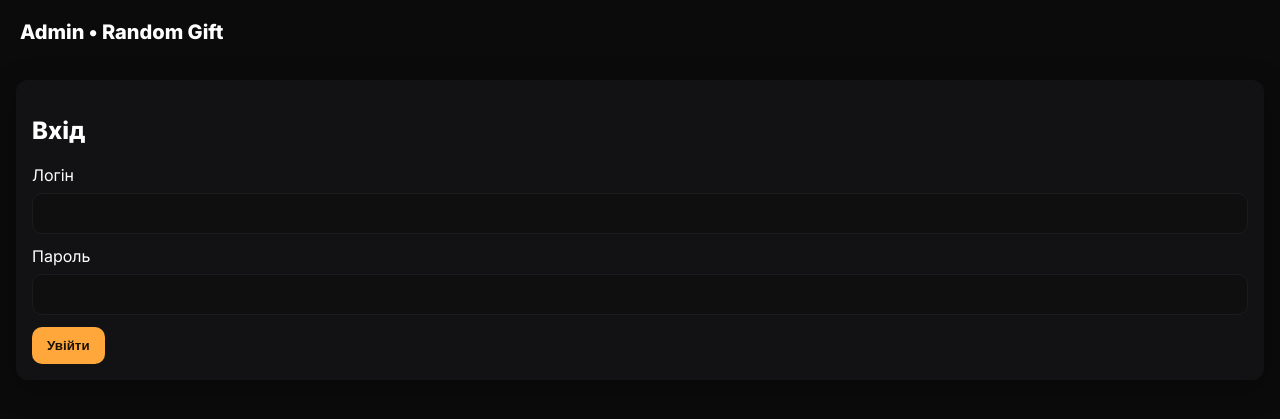
Repository: torunok/random-gift-roman
Page: docs/admin.html
An editor plug-in stored every save of this project. The page is shown before and after the next save, followed by the edit.
The browser window is 1280 px wide. The pictures show the whole page.

Above is the page before, as saved 2025-11-10 18:48:03.

### docs/admin.html
<!DOCTYPE html>
<html lang="uk">
  <head>
    <meta charset="utf-8" />
    <meta name="viewport" content="width=device-width, initial-scale=1" />
    <title>Admin • Random Gift</title>
    <link rel="preconnect" href="https://fonts.googleapis.com" />
    <link rel="preconnect" href="https://fonts.gstatic.com" crossorigin />
    <link href="https://fonts.googleapis.com/css2?family=Inter:wght@400;600;800&display=swap" rel="stylesheet" />
    <link rel="stylesheet" href="./styles.css" />
  </head>
  <body>
    <div class="admin">
      <header class="header header--admin">
        <h1>Admin • Random Gift</h1>
      </header>

      <main class="admin-main">
        <!-- Вхід -->
        <section id="loginView" class="card">
          <h2>Вхід</h2>
          <label class="field">
            <span>Логін</span>
            <input id="admUser" type="text" />
          </label>
          <label class="field">
            <span>Пароль</span>
            <input id="admPass" type="password" />
          </label>
          <div class="actions">
            <button id="btnLogin" class="btn btn-primary">Увійти</button>
          </div>
          <div id="loginMsg" class="msg"></div>
        </section>

        <!-- Панель адміністратора -->
        <section id="adminView" class="hidden">
          <div class="admin-tabs">
            <button data-tab="gifts" class="tab active">Подарунки</button>
            <button data-tab="participants" class="tab">Учасники</button>
          </div>

          <!-- Вкладка подарунків -->
          <div id="tab-gifts" class="tabpane active">
            <div class="card">
              <h2>Список подарунків</h2>
              <div class="actions">
                <button id="btnReloadGifts" class="btn btn-ghost">Оновити</button>
                <button id="btnNewGift" class="btn btn-primary">Додати</button>
              </div>
              <div class="table-wrap">
                <table class="table" id="giftsTable">
                  <thead>
                    <tr>
                      <th>ID</th>
                      <th>Назва</th>
                      <th>Активний</th>
                      <th>Дії</th>
                    </tr>
                  </thead>
                  <tbody></tbody>
                </table>
              </div>
            </div>

            <div class="card" id="giftFormWrap" style="display: none"></div>
          </div>

          <!-- Вкладка учасників -->
          <div id="tab-participants" class="tabpane">
            <div class="card">
              <h2>Учасники</h2>
              <div class="actions">
                <button id="btnReloadParticipants" class="btn btn-ghost">Оновити</button>
              </div>
              <div class="table-wrap">
                <table class="table" id="participantsTable">
                  <thead>
                    <tr>
                      <th>ID</th>
                      <th>Ім’я</th>
                      <th>Email</th>
                      <th>Дата</th>
                    </tr>
                  </thead>
                  <tbody></tbody>
                </table>
              </div>
            </div>
          </div>
        </section>
      </main>
    </div>

    <script src="./admin.js"></script>
  </body>
</html>

### docs/styles.css
:root {
    --bg: #0B0B0C;
    --fg: #FFFFFF;
    --muted: #A1A1AA;
    --accent: #FF9F2E;
    --accent-2: #6C9CFF;
    --panel: #121214;
    --border: #1E1E22;
    --panel-2: #0F0F10;

    --radius: 14px;
    --radius-sm: 10px;

    --eio: cubic-bezier(.2, .8, .2, 1);
    /* швидкий старт, сповільнення в кінці */
}

* {
    box-sizing: border-box;
}

html,
body {
    margin: 0;
    padding: 0;
    background: var(--bg);
    color: var(--fg);
    font-family: Inter, system-ui, -apple-system, Segoe UI, Roboto, Ubuntu, "Helvetica Neue", Arial, sans-serif;
    -webkit-font-smoothing: antialiased;
    -moz-osx-font-smoothing: grayscale;
}

a {
    color: var(--accent-2);
    text-decoration: none;
}

a:hover {
    text-decoration: underline;
}

/* ====== Layout ====== */
.header {
    padding: 20px;
    display: flex;
    justify-content: center;
}

.header h1 {
    font-size: 20px;
    font-weight: 800;
    margin: 0;
}

.header--admin {
    justify-content: flex-start;
}

.main {
    display: flex;
    justify-content: center;
    align-items: center;
    min-height: 60vh;
    padding: 20px;
}

.stage {
    width: min(980px, 94vw);
    min-height: 420px;
    border-radius: var(--radius);
    background: var(--panel);
    padding: 24px;
    position: relative;
    overflow: hidden;
    box-shadow: 0 10px 40px rgba(0, 0, 0, .35);
}

/* ====== Footer ====== */
.footer {
    padding: 20px;
    text-align: center;
    color: var(--muted);
}

/* ====== Modal ====== */
.modal {
    position: fixed;
    inset: 0;
    background: rgba(0, 0, 0, .65);
    display: flex;
    align-items: center;
    justify-content: center;
    z-index: 50;
}

.modal[aria-hidden="true"] {
    display: none;
}

.modal-content {
    background: var(--panel);
    width: min(640px, 94vw);
    padding: 24px;
    border-radius: var(--radius);
    box-shadow: 0 18px 60px rgba(0, 0, 0, .55);
    animation: scale-in .45s var(--eio) forwards;
}

/* ====== Form fields ====== */
.field {
    display: flex;
    flex-direction: column;
    gap: 8px;
    margin: 12px 0;
}

.field input,
.field textarea {
    background: var(--panel-2);
    border: 1px solid var(--border);
    color: var(--fg);
    border-radius: var(--radius-sm);
    padding: 12px;
    outline: none;
    transition: border-color .2s var(--eio), box-shadow .2s var(--eio);
}

.field input:focus,
.field textarea:focus {
    border-color: #2E2E33;
    box-shadow: 0 0 0 4px rgba(108, 156, 255, .12);
}

.check {
    display: flex;
    align-items: center;
    gap: 8px;
    margin: 12px 0;
    color: var(--muted);
}

.actions {
    display: flex;
    gap: 12px;
    margin-top: 12px;
    flex-wrap: wrap;
}

/* ====== Buttons ====== */
.btn {
    appearance: none;
    border: 1px solid transparent;
    padding: 10px 14px;
    border-radius: var(--radius-sm);
    font-weight: 700;
    cursor: pointer;
    transition: transform .12s var(--eio), box-shadow .2s var(--eio), background .2s var(--eio), border-color .2s var(--eio);
}

.btn:hover {
    transform: translateY(-1px);
}

.btn:active {
    transform: translateY(0);
}

.btn:disabled {
    opacity: .5;
    cursor: not-allowed;
}

.btn-primary {
    background: var(--accent);
    color: #1b1205;
}

.btn-primary:hover {
    box-shadow: 0 6px 18px rgba(255, 159, 46, .35);
}

.btn-ghost {
    background: transparent;
    border-color: #2a2a2d;
    color: var(--fg);
}

.btn-ghost:hover {
    border-color: #3A3A3F;
    box-shadow: 0 4px 16px rgba(0, 0, 0, .2);
}

.btn-danger {
    background: #FF5A5A;
    color: #1b0e0e;
}

.btn-danger:hover {
    box-shadow: 0 6px 18px rgba(255, 90, 90, .35);
}

/* ====== Cards & Tables ====== */
.card {
    background: var(--panel);
    padding: 16px;
    border-radius: 12px;
    box-shadow: 0 8px 30px rgba(0, 0, 0, .3);
    margin-bottom: 16px;
}

.table-wrap {
    width: 100%;
    overflow-x: auto;
}

.table {
    width: 100%;
    border-collapse: collapse;
    min-width: 640px;
}

.table th,
.table td {
    border-bottom: 1px solid var(--border);
    padding: 10px;
    text-align: left;
    white-space: nowrap;
}

.td-actions {
    display: flex;
    gap: 8px;
}

/* ====== Helpers ====== */
.hidden {
    display: none;
}

.row {
    display: flex;
    gap: 12px;
    align-items: center;
    margin: 8px 0;
    flex-wrap: wrap;
}

.center {
    display: flex;
    align-items: center;
    justify-content: center;
}

/* ====== Анімації ====== */
.fade-in {
    animation: fade-in .38s var(--eio) forwards;
}

@keyframes fade-in {
    from {
        opacity: 0
    }

    to {
        opacity: 1
    }
}

.slide-left {
    animation: slide-left .44s var(--eio) forwards;
}

@keyframes slide-left {
    from {
        opacity: 0;
        transform: translateX(-28px)
    }

    to {
        opacity: 1;
        transform: none
    }
}

.slide-right {
    animation: slide-right .44s var(--eio) forwards;
}

@keyframes slide-right {
    from {
        opacity: 0;
        transform: translateX(28px)
    }

    to {
        opacity: 1;
        transform: none
    }
}

.scale-in {
    animation: scale-in .42s var(--eio) forwards;
}

@keyframes scale-in {
    from {
        opacity: 0;
        transform: scale(.92)
    }

    to {
        opacity: 1;
        transform: scale(1)
    }
}

/* плавніше затемнення/оверлей */
.ease-slow {
    animation-timing-function: var(--eio);
}

/* ====== Спец екрани ====== */
.full-black {
    position: absolute;
    inset: 0;
    background: #000;
    display: flex;
    align-items: center;
    justify-content: center;
    color: #fff;
    font-size: 28px;
}

/* ====== Контентні блоки ====== */
.gift-wrap {
    display: flex;
    gap: 20px;
    align-items: center;
    justify-content: center;
    flex-wrap: wrap;
}

.gift-img {
    max-width: min(60vw, 480px);
    border-radius: 12px;
    box-shadow: 0 10px 40px rgba(0, 0, 0, .6);
}

.gift-desc {
    max-width: 520px;
    background: #101012;
    border: 1px solid #202026;
    padding: 16px 20px;
    border-radius: 12px;
}

/* ====== Intro ====== */
.intro {
    display: flex;
    gap: 20px;
    align-items: center;
    justify-content: center;
    flex-wrap: wrap;
}

.intro .photo {
    width: 262px;
    height: 440px;
    border-radius: 16px;
    overflow: hidden;
}

.intro .photo img {
    width: 100%;
    height: 100%;
    object-fit: cover;
}

.intro .text {
    max-width: 560px;
}

/* ====== Admin layout (responsive) ====== */
.admin-main {
    padding: 16px;
}

.admin-tabs {
    display: flex;
    gap: 8px;
    margin-bottom: 12px;
    flex-wrap: wrap;
}

.tab {
    border: 1px solid var(--border);
    background: var(--panel-2);
    color: var(--fg);
    padding: 8px 12px;
    border-radius: 10px;
    cursor: pointer;
}

.tab.active {
    background: #18181B;
    border-color: #2A2A2F;
}

.btn-group {
    display: inline-flex;
    gap: 8px;
    flex-wrap: wrap;
}

/* ====== Mobile tweaks ====== */
@media (max-width: 640px) {
    .stage {
        padding: 16px;
    }

    .header h1 {
        font-size: 18px;
    }

    .gift-img {
        max-width: 100%;
    }

    .gift-desc {
        width: 100%;
    }

    .table {
        min-width: 560px;
    }

    .row {
        gap: 8px;
    }

    .btn {
        padding: 10px 12px;
    }
}

:root {
    --bg: #0B0B0C;
    --fg: #FFFFFF;
    --muted: #999;
    --accent: #FFA73B;
    --panel: #121214;
}


* {
    box-sizing: border-box
}

html,
body {
    margin: 0;
    padding: 0;
    background: var(--bg);
    color: var(--fg);
    font-family: Inter, system-ui, -apple-system, Segoe UI, Roboto, Ubuntu, "Helvetica Neue", Arial, sans-serif
}


.header {
    padding: 20px;
    display: flex;
    justify-content: center
}

.header h1 {
    font-size: 20px;
    font-weight: 800;
    margin: 0
}

.header--admin {
    justify-content: flex-start
}


.main {
    display: flex;
    justify-content: center;
    align-items: center;
    min-height: 60vh;
    padding: 20px
}


/* НОВЕ: локальна обгортка для модалки над stage */
.stage-wrap {
    position: relative;
    width: 100%;
    display: flex;
    justify-content: center;
}


.stage {
    width: min(980px, 94vw);
    min-height: 420px;
    border-radius: 16px;
    background: var(--panel);
    padding: 24px;
    position: relative;
    /* зберігаємо */
    overflow: hidden
}


.footer {
    position: fixed;
    bottom: 0;
    left: 0;
    width: 100%;
    padding: 20px;
    text-align: center;
    color: var(--muted);
}


/* Модалка тепер локальна (лише над stage) */
.modal {
    position: absolute;
    /* було fixed */
    inset: 0;
    margin: auto;
    display: flex;
    align-items: center;
    justify-content: center;
    background: rgba(0, 0, 0, .7);
    z-index: 50;
}

.modal[aria-hidden="true"] {
    display: none
}


.modal-content {
    background: var(--panel);
    width: min(640px, 94vw);
    padding: 24px;
    border-radius: 16px;
    box-shadow: 0 10px 40px rgba(0, 0, 0, .5)
}


.field {
    display: flex;
    flex-direction: column;
    gap: 8px;
    margin: 12px 0
}

.field input,
.field textarea {
    background: #0f0f10;
    border: 1px solid #1c1c1e;
    color: var(--fg);
    border-radius: 10px;
    padding: 12px
}


.check {
    display: flex;
    align-items: center;
    gap: 8px;
    margin: 12px 0;
    color: var(--muted)
}


.actions {
    display: flex;
    gap: 12px;
    margin-top: 12px
}


.btn {
    appearance: none;
    border: 1px solid transparent;
    padding: 10px 14px;
    border-radius: 10px;
    font-weight: 600;
    cursor: pointer
}

.btn-primary {
    background: var(--accent);
    color: #1b1205
}

.btn-ghost {
    background: transparent;
    border-color: #2a2a2d;
    color: var(--fg)
}

.btn:disabled {
    opacity: .5;
    cursor: not-allowed
}


.card {
    background: var(--panel);
    padding: 16px;
    border-radius: 12px;
    box-shadow: 0 8px 30px rgba(0, 0, 0, .3);
    margin-bottom: 16px
}


.table {
    width: 100%;
    border-collapse: collapse
}

.table th,
.table td {
    border-bottom: 1px solid #1e1e22;
    padding: 10px;
    text-align: left
}


.hidden {
    display: none
}


.row {
    display: flex;
    gap: 12px;
    align-items: center;
    margin: 8px 0
}


/* Анімації */
.fade-in {
    animation: fade-in .5s ease forwards
}

@keyframes fade-in {
    from {
        opacity: 0
    }

    to {
        opacity: 1
    }
}

.slide-left {
    animation: slide-left .6s ease forwards
}

@keyframes slide-left {
    from {
        opacity: 0;
        transform: translateX(-30px)
    }

    to {
        opacity: 1;
        transform: none
    }
}

.slide-right {
    animation: slide-right .6s ease forwards
}

@keyframes slide-right {
    from {
        opacity: 0;
        transform: translateX(30px)
    }

    to {
        opacity: 1;
        transform: none
    }
}

.scale-in {
    animation: scale-in .5s ease forwards
}

@keyframes scale-in {
    from {
        opacity: 0;
        transform: scale(.92)
    }

    to {
        opacity: 1;
        transform: scale(1)
    }
}


/* Спец екрани */
.full-black {
    position: absolute;
    inset: 0;
    background: #000;
    display: flex;
    align-items: center;
    justify-content: center;
    color: #fff;
    font-size: 28px
}


.center {
    display: flex;
    align-items: center;
    justify-content: center
}


/* Блок подарунку */
.gift-wrap {
    display: flex;
    gap: 20px;
    align-items: center;
    justify-content: center;
    flex-wrap: wrap
}

.gift-img {
    max-width: min(60vw, 480px);
    border-radius: 12px;
    box-shadow: 0 10px 40px rgba(0, 0, 0, .6)
}

.gift-desc {
    max-width: 520px;
    background: #101012;
    border: 1px solid #202026;
    padding: 16px 20px;
    border-radius: 12px
}

### docs/admin.js
const API = () => window.API_BASE?.replace(/\/$/, '') || '';
const $   = (s, root = document) => root.querySelector(s);
const $$  = (s, root = document) => Array.from(root.querySelectorAll(s));

let token = localStorage.getItem('admToken') || '';
function setAuthHeader(h = {}) {
  if (token) h['Authorization'] = 'Bearer ' + token;
  return h;
}

/* ===================== TABS ===================== */
$$('.tab').forEach(btn => {
  btn.addEventListener('click', () => {
    $$('.tab').forEach(b => b.classList.remove('active'));
    btn.classList.add('active');
    $$('.tabpane').forEach(p => p.classList.remove('active'));
    $('#tab-' + btn.dataset.tab).classList.add('active');
  });
});

/* ===================== LOGIN ===================== */
$('#btnLogin')?.addEventListener('click', async () => {
  const username = $('#admUser').value.trim();
  const password = $('#admPass').value.trim();

  const r = await fetch(API() + '/api/admin/login', {
    method: 'POST',
    headers: { 'Content-Type': 'application/json' },
    body: JSON.stringify({ username, password })
  });

  if (r.ok) {
    const j = await r.json();
    token = j.token;
    localStorage.setItem('admToken', token);
    $('#loginView').classList.add('hidden');
    $('#adminView').classList.remove('hidden');
    loadGifts();
    loadAssigns();
  } else {
    $('#loginMsg').textContent = 'Невірні дані';
  }
});

/* ===================== GIFTS CRUD ===================== */
$('#btnReloadGifts')?.addEventListener('click', loadGifts);
$('#btnNewGift')?.addEventListener('click', () => openGiftForm());
$('#btnCancelGift')?.addEventListener('click', () => { $('#giftFormWrap').style.display = 'none'; });
$('#btnSaveGift')?.addEventListener('click', saveGift);

let editGiftId = null;

async function loadGifts() {
  const r = await fetch(API() + '/api/admin/gifts', { headers: setAuthHeader() });
  const j = await r.json();

  const tbody = $('#giftsTable tbody');
  tbody.innerHTML = '';

  (j.items || []).forEach(g => {
    const tr = document.createElement('tr');
    tr.innerHTML = `
      <td>${g.id}</td>
      <td>${escapeHtml(g.title)}</td>
      <td>${g.active ? '✅' : '⛔'}</td>
      <td>
        <div class="btn-group td-actions">
          <button class="btn btn-ghost" data-act="edit" data-id="${g.id}">Редагувати</button>
          <button class="btn btn-ghost" data-act="del"  data-id="${g.id}">Видалити</button>
        </div>
      </td>
    `;
    tbody.appendChild(tr);
  });

  // Делегований обробник
  tbody.onclick = async (e) => {
    const b = e.target.closest('button');
    if (!b) return;
    const id = Number(b.dataset.id);

    if (b.dataset.act === 'edit') {
      const one = await fetch(API() + `/api/admin/gifts?id=${id}`, { headers: setAuthHeader() }).then(r => r.json());
      openGiftForm(one.item);
    } else if (b.dataset.act === 'del') {
      if (confirm('Видалити подарунок?')) {
        await fetch(API() + `/api/admin/gifts?id=${id}`, {
          method: 'DELETE',
          headers: setAuthHeader()
        });
        loadGifts();
      }
    }
  };
}

function openGiftForm(item) {
  editGiftId = item?.id || null;
  $('#giftFormTitle').textContent = editGiftId ? 'Редагувати подарунок' : 'Новий подарунок';
  $('#giftTitle').value = item?.title || '';
  $('#giftDesc').value  = item?.description || '';
  $('#giftImg').value   = item?.imageUrl || '';
  $('#giftActive').checked = item ? !!item.active : true;
  $('#giftFormWrap').style.display = 'block';
  refreshPreview();
}

async function saveGift() {
  const payload = {
    title: $('#giftTitle').value.trim(),
    description: $('#giftDesc').value.trim(),
    imageUrl: $('#giftImg').value.trim(),
    active: $('#giftActive').checked ? 1 : 0
  };

  if (!payload.title) {
    alert('Назва обов’язкова');
    return;
  }

  if (editGiftId) {
    await fetch(API() + `/api/admin/gifts?id=${editGiftId}`, {
      method: 'PUT',
      headers: setAuthHeader({ 'Content-Type': 'application/json' }),
      body: JSON.stringify(payload)
    });
  } else {
    await fetch(API() + '/api/admin/gifts', {
      method: 'POST',
      headers: setAuthHeader({ 'Content-Type': 'application/json' }),
      body: JSON.stringify(payload)
    });
  }

  $('#giftFormWrap').style.display = 'none';
  loadGifts();
}

/* ===================== PARTICIPANTS (ASSIGNMENTS) ===================== */
$('#btnReloadAssign')?.addEventListener('click', loadAssigns);
$('#searchAssign')?.addEventListener('keypress', (e) => { if (e.key === 'Enter') loadAssigns(); });

async function loadAssigns() {
  const q = $('#searchAssign').value.trim();
  const url = new URL(API() + '/api/admin/assignments');
  if (q) url.searchParams.set('q', q);

  const r = await fetch(url.toString(), { headers: setAuthHeader() });
  const j = await r.json();

  const tbody = $('#assignTable tbody');
  tbody.innerHTML = '';

  (j.items || []).forEach(a => {
    const tr = document.createElement('tr');
    tr.innerHTML = `
      <td>${a.id}</td>
      <td>${escapeHtml(a.name || '')}</td>
      <td>${escapeHtml(a.telegram || '')}</td>
      <td>${a.giftId}</td>
      <td>${a.createdAt}</td>
      <td>
        <div class="btn-group td-actions">
          <button class="btn btn-ghost" data-id="${a.id}">Видалити</button>
        </div>
      </td>
    `;
    tbody.appendChild(tr);
  });

  tbody.onclick = async (e) => {
    const b = e.target.closest('button');
    if (!b) return;
    const id = Number(b.dataset.id);
    if (confirm('Видалити призначення?')) {
      await fetch(API() + `/api/admin/assignments?id=${id}`, {
        method: 'DELETE',
        headers: setAuthHeader()
      });
      loadAssigns();
    }
  };
}

/* ===================== UPLOAD & PREVIEW ===================== */
$('#giftImg')?.addEventListener('input', refreshPreview);

function refreshPreview() {
  const u   = $('#giftImg').value.trim();
  const img = $('#giftPreview');
  if (!img) return;

  if (u) {
    img.src = u.startsWith('http') ? u : (API() + u);
    img.style.display = 'block';
  } else {
    img.removeAttribute('src');
    img.style.display = 'none';
  }
}

$('#btnUploadImage')?.addEventListener('click', async () => {
  const fileInput = $('#giftFile');
  const urlInput  = $('#giftImg');
  const preview   = $('#giftPreview');
  const hint      = $('#uploadHint');

  if (!fileInput || !fileInput.files || !fileInput.files[0]) {
    alert('Оберіть файл зображення');
    return;
  }

  const file = fileInput.files[0];
  const btn  = $('#btnUploadImage');
  const oldText = btn.textContent;

  btn.disabled = true;
  btn.textContent = 'Завантаження...';
  if (hint) hint.textContent = 'Завантаження на сервер...';

  try {
    const res = await apiUpload(file); // { url, key }
    urlInput.value = res.url;          // /img/gifts/....webp
    const src = res.url.startsWith('http') ? res.url : (API() + res.url);
    preview.src = src;
    preview.style.display = 'block';
    if (hint) hint.textContent = 'Фото завантажено ✅ URL підставлено';
  } catch (e) {
    alert('Помилка аплоаду: ' + e.message);
    if (hint) hint.textContent = 'Помилка аплоаду';
  } finally {
    btn.disabled = false;
    btn.textContent = oldText;
  }
});

async function apiUpload(file) {
  const fd = new FormData();
  fd.append('file', file);

  const res  = await fetch(API() + '/api/admin/upload', {
    method: 'POST',
    headers: setAuthHeader(), // Authorization Bearer
    body: fd
  });
  const text = await res.text();

  if (!res.ok) {
    let msg = text;
    try {
      const j = JSON.parse(text);
      msg = j.error || text;
    } catch {}
    throw new Error(`Upload failed (${res.status}): ${msg}`);
  }

  return JSON.parse(text); // { url, key }
}

/* ===================== HELPERS ===================== */
function escapeHtml(str = '') {
  return str.replace(/[&<>"]+/g, s => ({
    '&': '&amp;',
    '<': '&lt;',
    '>': '&gt;',
    '"': '&quot;'
  }[s]));
}

/* ===================== AUTO LOGIN RESUME ===================== */
if (token) {
  $('#loginView').classList.add('hidden');
  $('#adminView').classList.remove('hidden');
  loadGifts();
  loadAssigns();
}

After the next save:
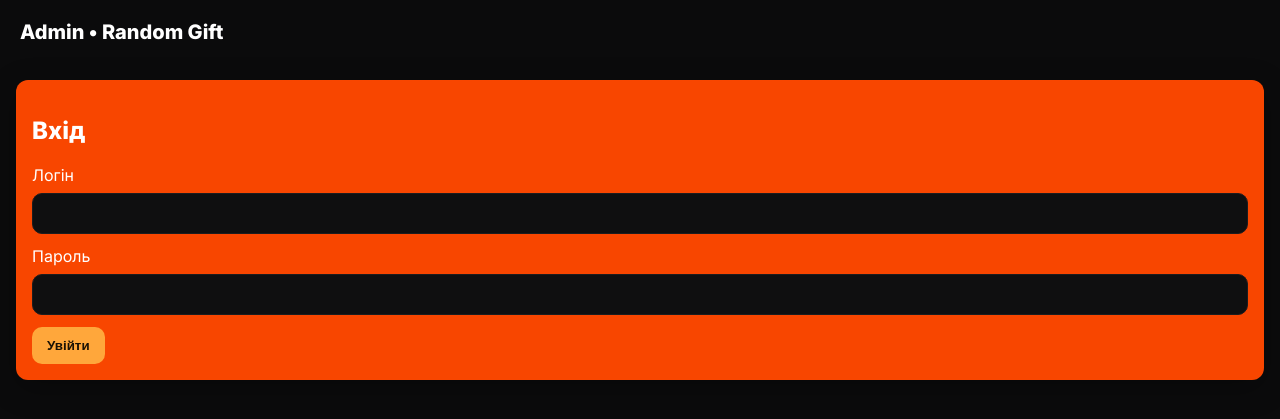
Saved 3 min 58 s later.
--- a/docs/styles.css
+++ b/docs/styles.css
@@ -448,7 +448,7 @@
     --fg: #FFFFFF;
     --muted: #999;
     --accent: #FFA73B;
-    --panel: #121214;
+    --panel: #f84600;
 }
 
 

After the save that followed:
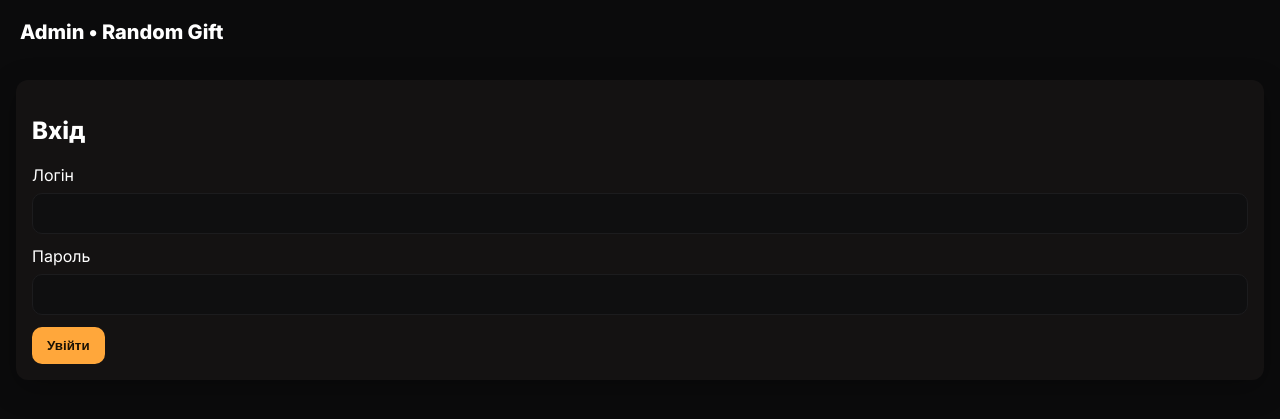
Saved 4 s later.
--- a/docs/styles.css
+++ b/docs/styles.css
@@ -448,7 +448,7 @@
     --fg: #FFFFFF;
     --muted: #999;
     --accent: #FFA73B;
-    --panel: #f84600;
+    --panel: #141212;
 }
 
 
